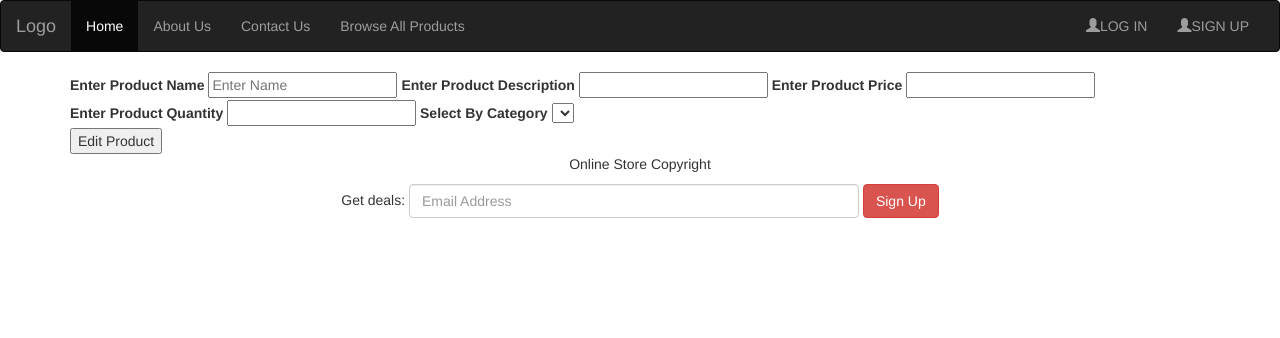
Repository: Binny16/-My-project
Page: http://localhost/online_shopping/WEB-INF/view/updateproductform.jsp
These files come from the project's save history. The page is drawn as it stood at one moment and after the next save; the edit follows.
The browser window is 1280 px wide. The pictures show the whole page.
The page is served by Tomcat 9. Nobody is signed in. The template is opened directly, without the code that normally fills it, so the values that code supplies are empty.

Above is the page before, as saved 2018-09-18 11:50:05.

After the next save:
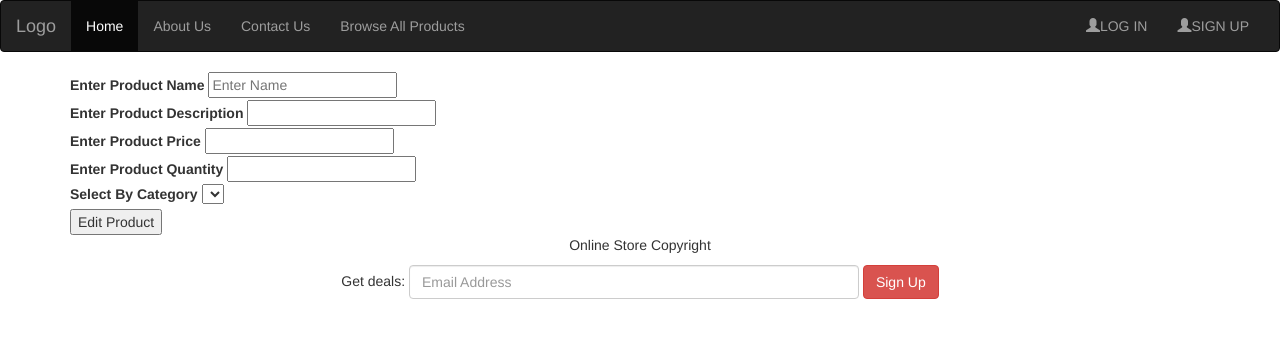
Saved 6 min 14 s later.
--- a/18-9-2018/binny/online_shopping/src/main/webapp/WEB-INF/view/updateproductform.jsp
+++ b/18-9-2018/binny/online_shopping/src/main/webapp/WEB-INF/view/updateproductform.jsp
@@ -12,21 +12,21 @@
   <label><b>Enter Product Name</b></label>
     <form:input path="productname" placeholder="Enter Name"></form:input>
     <form:errors path="productname" cssStyle="color:red"></form:errors>
-
+    <br>
 
    <label><b>Enter Product Description</b></label>
    <form:input path="productdesc" ></form:input></label>
    <form:errors path="productdesc" cssStyle="color:red"></form:errors>
-
+   <br>
    <label><b>Enter Product Price</b></label>
    <form:input path="price" ></form:input></label>
    <form:errors path="price" cssStyle="color:red"></form:errors>
-
+   <br>
 
    <label><b>Enter Product Quantity</b></label>
    <form:input path="quantity" ></form:input></label>
    <form:errors path="quantity" cssStyle="color:red"></form:errors>
-
+   <br>
    <label><b>Select By Category</b></label>
    <form:select path="category.id"><!-- FK column value -->
   <!-- value is to set the value for the path category.id -->
